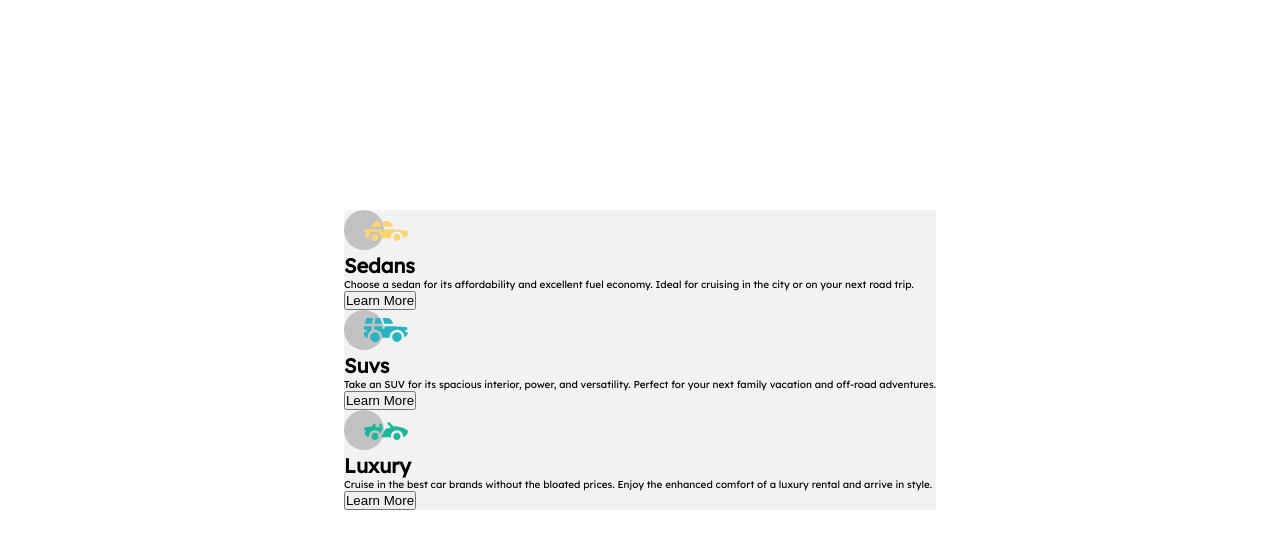
Repository: thaibaocoder1/3-column-card
Page: index.html
These files come from the project's save history. The page is drawn as it stood at one moment and after the next save; the edit follows.
The browser window is 1280 px wide. The pictures show the whole page.

Above is the page before, as saved 2023-01-11 20:49:59.

After the next save:
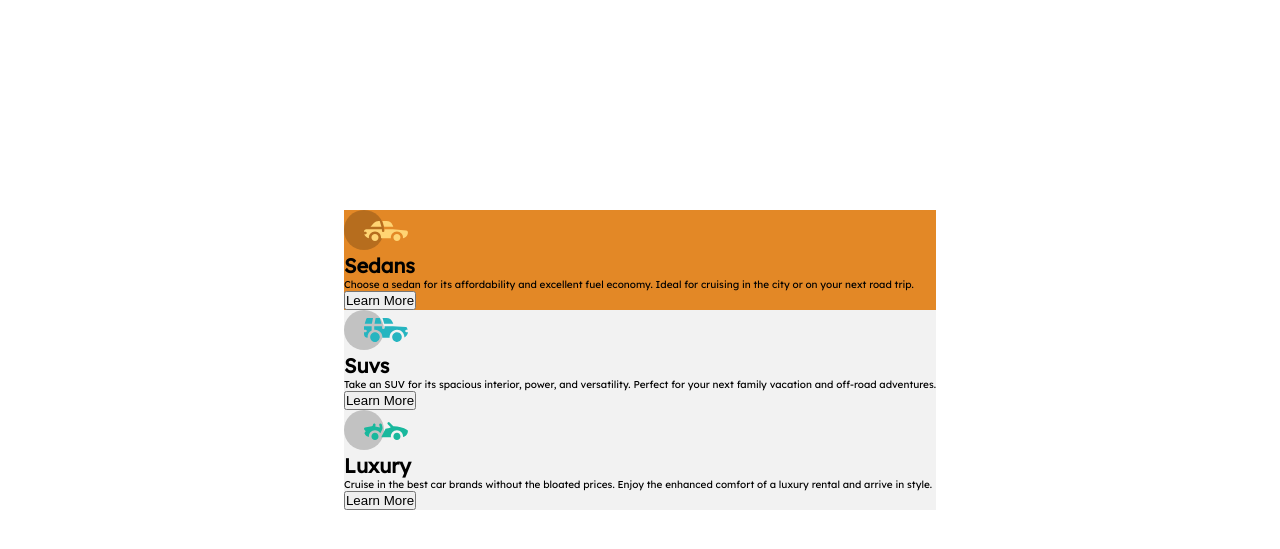
Saved 89 s later.
--- a/styles.css
+++ b/styles.css
@@ -28,6 +28,6 @@
     margin: 0 auto;
     background-color: var(--light-gray);
 }
-.container .container__box {
-
+.container .container__box--one {
+    background-color: var(--bright-orange);
 }
